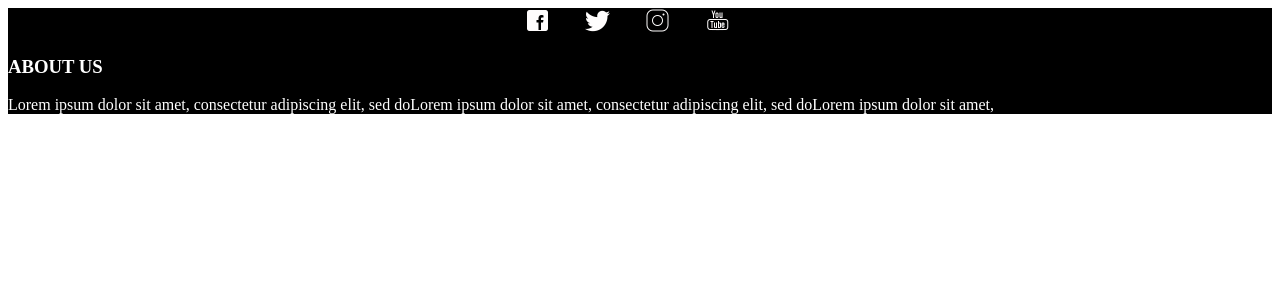
Repository: AVINKUMARP/gifts
Page: demo3.html
The author's editor kept a copy of each file at every save. The page is drawn from the files as they stood at one save, then again after the next save.
The browser window is 1280 px wide. The pictures show the whole page.

Above is the page before, as saved 2023-08-24 15:23:28.

### demo3.html
<!DOCTYPE html>
<html lang="en">
<head>
    <meta charset="UTF-8">
    <meta name="viewport" content="width=device-width, initial-scale=1.0">
    <title>Document</title>
    <style>
        .container2{
            background-color:black;
            color: white;
        }
        .ticon{
            display: flex;
            flex-wrap: wrap;
            gap: 10px;
            justify-content: center;
        }
    </style>
</head>
<body>
    <div class="container2">
        <div class="ticon">
            <div class="one"><a href="">
                <img src="./images/icons8-facebook-50.png" alt="loading..." width="50%"></a>
            </div>
            <div class="two">
                <img src="./images/icons8-twitter-50.png" alt="loading..."width="50%">
            </div>
            <div class="three">
                <a href=""><img src="./images/icons8-instagram-50.png" alt="loading..." width="50%"></a>
            </div>
            <div class="four">
                <img src="./images/icons8-youtube-50.png" alt="loading..." width="50%">
            </div>
        </div>
        <div class="list">
            <div class="lone">
                <h3>ABOUT US</h3>
                <p>Lorem ipsum dolor sit amet, consectetur adipiscing elit, sed doLorem ipsum dolor sit amet, consectetur adipiscing elit, sed doLorem ipsum dolor sit amet,</p>
            </div>
            <div class="ltwo">
                <h3>

                </h3>
            </div>
        </div>
    </div>
</body>
</html>

After the next save:
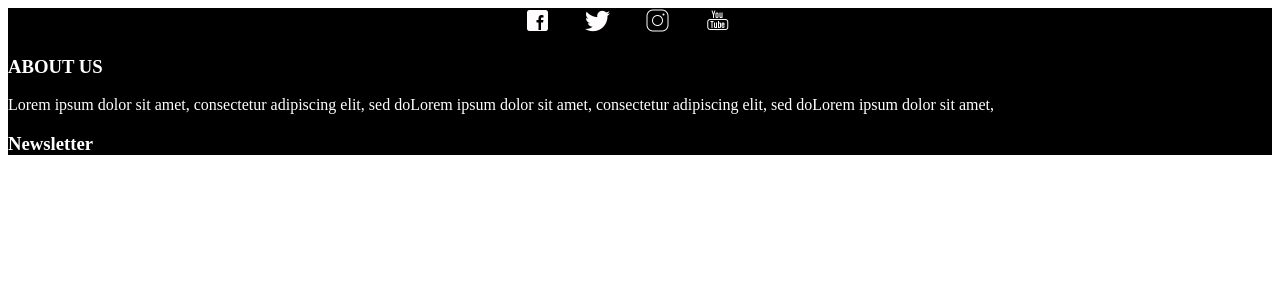
Saved 5 s later.
--- a/demo3.html
+++ b/demo3.html
@@ -40,7 +40,7 @@
             </div>
             <div class="ltwo">
                 <h3>
-
+                    Newsletter
                 </h3>
             </div>
         </div>
